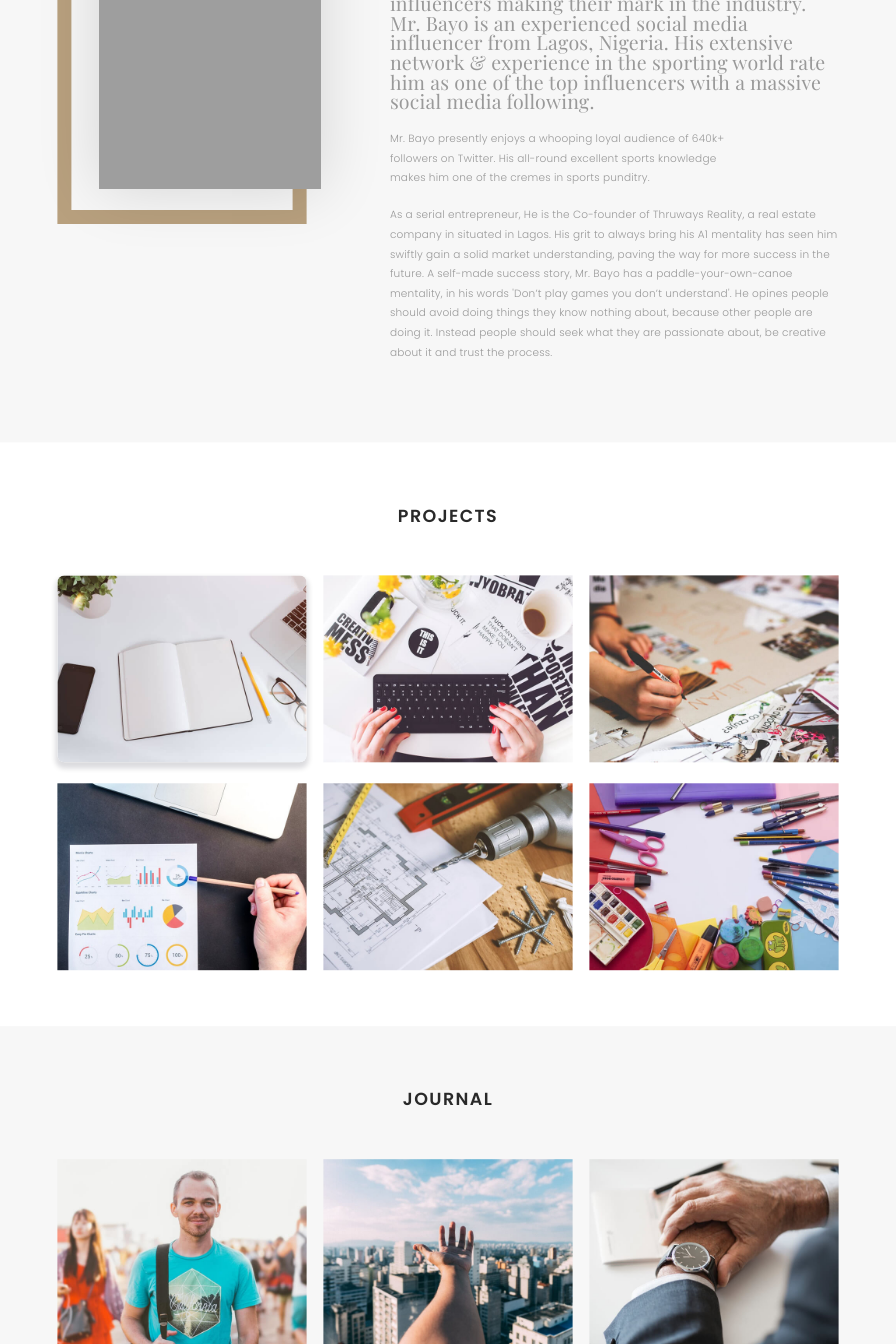
Repository: muhammedctgr/MrBayoA1
Page: index.html
An editor plug-in stored every save of this project. The page is shown before and after a run of saves, followed by the edit.
The browser window is 1280 px wide. The pictures show the part of the page from y = 930 to 2850 px (the page is 3907 px tall), at 70% of full size.
Pictures or frames that could not be fetched are drawn as grey boxes. Some web fonts or font styles are not loaded; a fallback is used.

Above is the page before, as saved 2022-10-18 11:47:24.

After the next 2 saves:
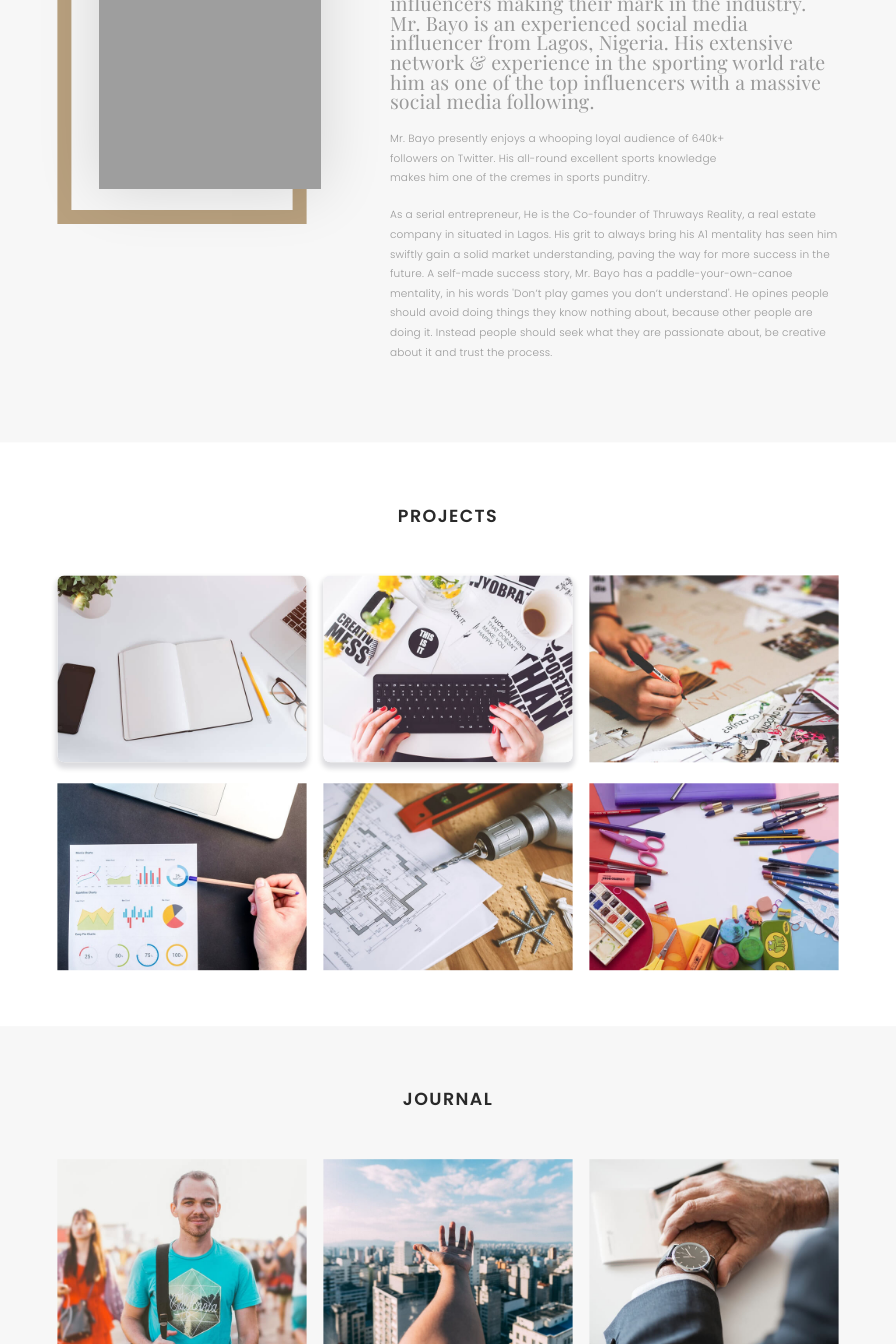
The 2 saves are shown as one change because they came seconds apart.
The last was saved 44 s later.
--- a/index.html
+++ b/index.html
@@ -134,7 +134,7 @@
           </div>
 
           <div class="col-lg-4 col-md-6 portfolio-item filter-web">
-            <img src="assets/img/portfolio/portfolio-2.jpg" class="img-fluid" alt="">
+            <img style="border-radius: 10px; box-shadow: 0px 6px 8px 3px rgba(1, 5, 26, 0.14);" src="assets/img/portfolio/portfolio-2.jpg" class="img-fluid" alt="">
             <div class="portfolio-info">
               <h4>Thruways Realty</h4>
               <p>thruwaysrealty.com</p>
